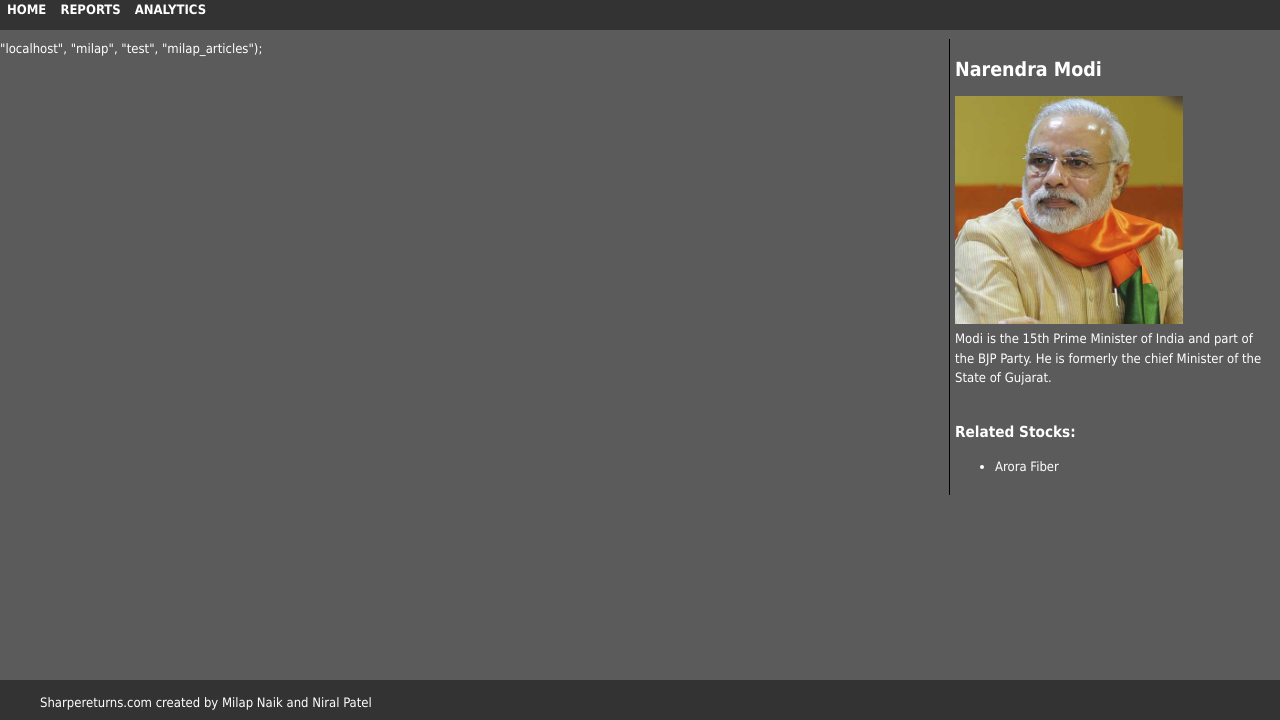
Repository: MilapNaik/Sharpereturns
Page: http://localhost/modi
The author's editor kept a record of every edit. The page is drawn from the files as they stood at one moment, then again after the next edit.
The browser window is 1280 px wide. The pictures show the whole page.
The page is run by PHP 8.4 with error messages shown; the project is at /var/www/html/. Queries for data that is not in the repository find no rows.

Above is the page before.

After the next edit:
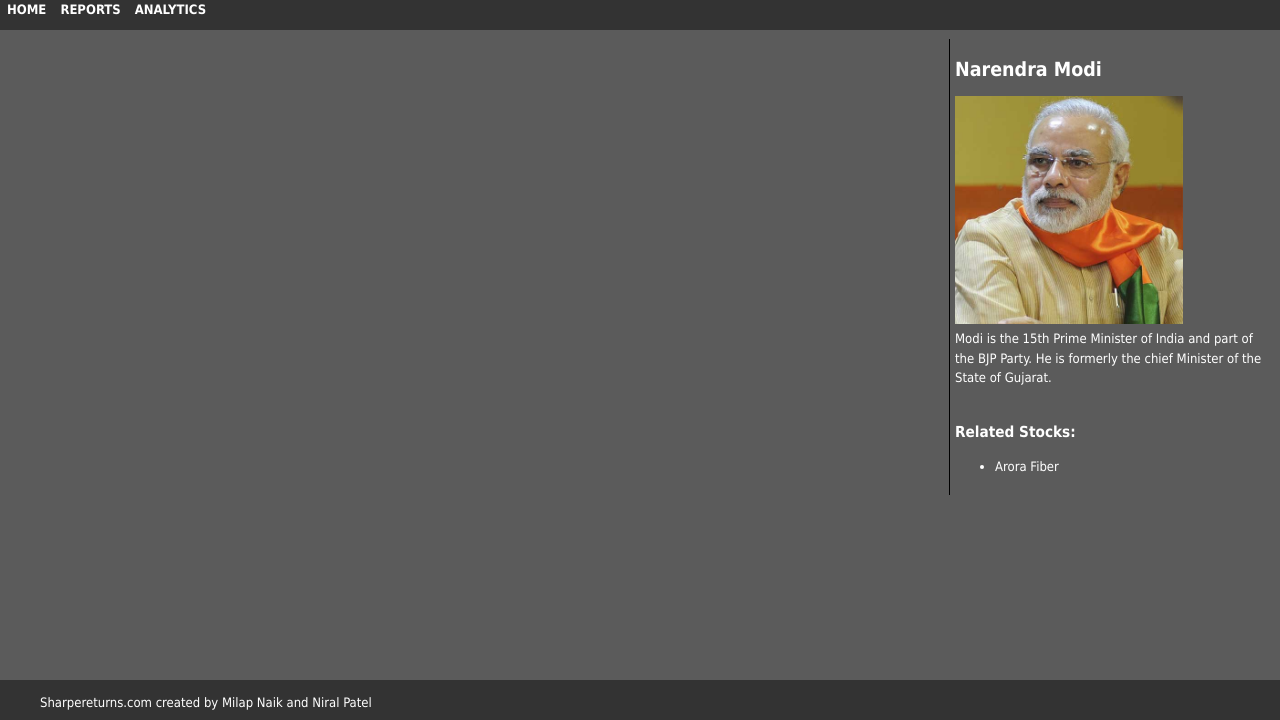
The edit:
--- a/config.php
+++ b/config.php
@@ -7,4 +7,3 @@
         or die('Failed to Connect to Group 3 DataBasee');
 
 ?>
-"localhost", "milap", "test", "milap_articles");
